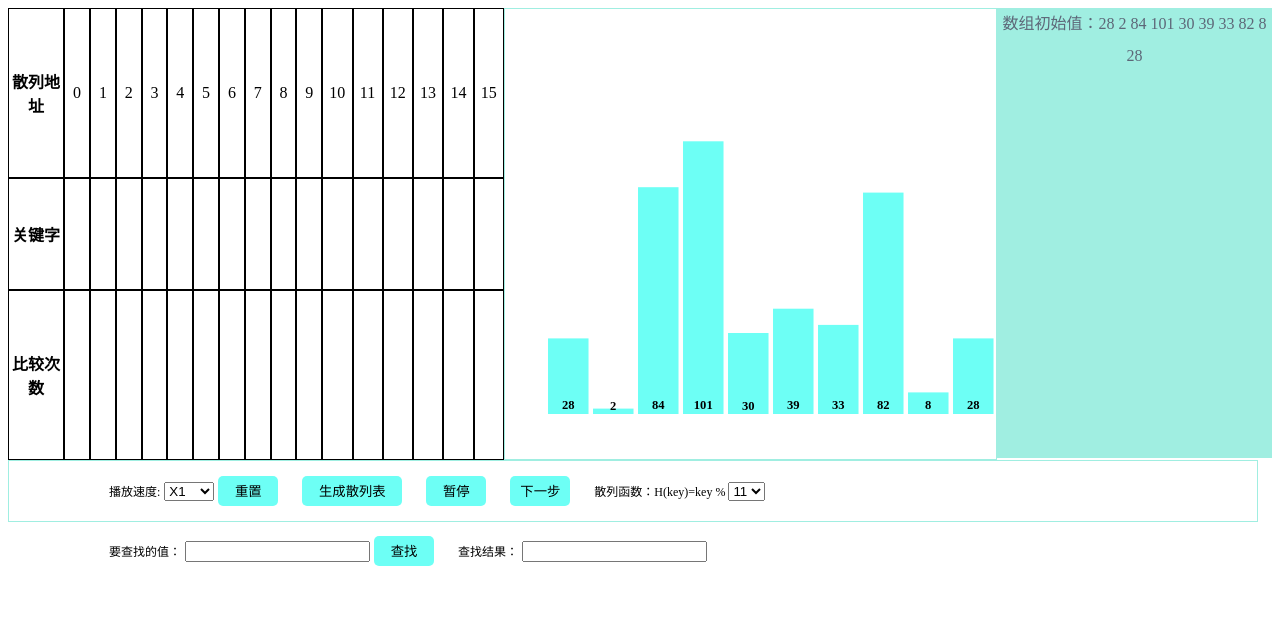
Repository: aaa615/Visualization-of-data-structure-algorithms
Page: dataStructure/WebContent/animation/search/hashSearch/hashSearch.html
An editor plug-in stored every save of this project. The page is shown before and after the next save, followed by the edit.
The browser window is 1280 px wide. The pictures show the whole page.

Above is the page before, as saved 2021-05-20 04:32:54.

### dataStructure/WebContent/animation/search/hashSearch/hashSearch.html
<!DOCTYPE html>
<html lang="en">
<head>
    <meta charset="UTF-8">
    <title>散列表查找</title>
    <link rel="stylesheet" type="text/css" href="hashSearch.css" charset="utf-8">

    <script type="text/javascript" src="hashSearch.js"></script>
</head>
<body>
<div id="canvas_div">
    <table id="hash_table" cellspacing="0">
        <tr align="center" valign="center">
            <th width="100px" style="border: black solid 1px">散列地址</th>
            <td>0</td>
            <td>1</td>
            <td>2</td>
            <td>3</td>
            <td>4</td>
            <td>5</td>
            <td>6</td>
            <td>7</td>
            <td>8</td>
            <td>9</td>
            <td>10</td>
            <td>11</td>
            <td>12</td>
            <td>13</td>
            <td>14</td>
            <td>15</td>
        </tr>
        <tr align="center" valign="center">
            <th width="100px" style="border: black solid 1px">关键字</th>
            <td></td>
            <td></td>
            <td></td>
            <td></td>
            <td></td>
            <td></td>
            <td></td>
            <td></td>
            <td></td>
            <td></td>
            <td></td>
            <td></td>
            <td></td>
            <td></td>
            <td></td>
            <td></td>
        </tr>
        <tr align="center" valign="center">
            <th width="100px" style="border: black solid 1px">比较次数</th>
            <td></td>
            <td></td>
            <td></td>
            <td></td>
            <td></td>
            <td></td>
            <td></td>
            <td></td>
            <td></td>
            <td></td>
            <td></td>
            <td></td>
            <td></td>
            <td></td>
            <td></td>
            <td></td>
        </tr>
    </table>
    <svg id="canvas_svg" xmlns="http://www.w3.org/2000/svg" viewBox="0 0 500 500" onload="createRect()"></svg>
    <div class="express_window" id="express_window_id"></div>
</div>
<div id="player_div">
    <label>播放速度:</label>
    <select id="playSpeed_id" class="playSpeed_class" onclick="getPlaySpeed()">
        <option value="2">X2</option>
        <option value="1.5">X1.5</option>
        <option value="1" selected>X1</option>
        <option value="0.5">X0.5</option>
    </select>
    <input type="button" value="重置" class="player_input" onclick="reset()">
    <input type="button" value="生成散列表" class="player_input" style="width: 100px" onclick="createHashTable()">
    <input type="button" value="暂停" class="player_input" onclick="pause()">
    <input type="button" value="下一步" class="player_input" onclick="nextStep()">
    <label>散列函数：H(key)=key % </label>
    <select id="hash_function" class="playSpeed_class" onclick="getM()">
        <option value="3">3</option>
        <option value="11" selected>11</option>
        <option value="13">13</option>
    </select>
    <br/>

    <label>要查找的值：</label>
    <input type="text" id="search_num" class="player_text">
    <input type="button" value="查找" class="player_input" onclick="search()">
    <label>查找结果：</label>
    <input type="text" id="Search_result" class="player_text" readonly="true">

</div>

</body>
</html>

### dataStructure/WebContent/animation/search/hashSearch/hashSearch.css
@charset "UTF-8";
#canvas_div{
    position: relative;
    display: flex;
    display:-webkit-flex;
    justify-content: left;
}

.hash_table{
    display: inline-block;
    height: 100px;
}

td{
    height: 30px;
    width: 40px;
    border: black solid 1px;
}

#canvas_svg{
    width: 800px;
    height: 450px;
    border: 1px solid rgba(160,238,225,1);
    font: bold 14px "Microsoft YaHei UI";
    text-align: center;
    text-anchor: middle;
}

.express_window{
	position:relative;
    width: calc(100% - 800px - 1rem);
    height: 450px;
    overflow: auto;
    background-color: rgba(160,238,225,1);
    text-align: center;
}

.algoTitle{
	height:50px;
	font: 24px "Microsoft YaHei UI";
	line-height:50px
}

#express_window_id{
	font: 16px "Microsoft YaHei UI";
    color: #5d6778;
    line-height: 32px;
}

#player_div{
    width: calc(100% - 100px - 1rem);
    height: 60px;
    border: 1px solid rgba(160,238,225,1);
    padding-left: 100px;
    text-align: left;
    line-height: 60px;
}

.player_input{
    width: 60px;
    height: 30px;
    color: black;
    margin-right: 20px;
    border-color: cornsilk;
    background-color: rgba(109,255,245);
    color: black;
    border-style: hidden;
    border-radius: 5px;
}

#player_div label {
    font: 12px "Microsoft YaHei UI";
}

### dataStructure/WebContent/animation/search/hashSearch/hashSearch.js
/**
 *
 */
//舞台的高
var maxH=450;
//矩形的宽
var w = 45;
//矩形间隔
var space = 5;
//g标签的初始x坐标
var gX = 25;
//播放速度
var playSpeed=1200;
//矩形数值
var rectArray=[];
//记录每一轮数组细节
var arrStr="";
//计时器
var timer=[];
//
var currentStep=0;
//前一个矩形
var previousRect=-1;
//
var m=11;


//全局变量，获取g和rect标签
var txt=document.getElementsByClassName("player_text");
var oRect=document.getElementsByClassName("g_rect");
//获取playSpeed
function getPlaySpeed(){
    var oSelect=document.getElementsByClassName("playSpeed_class");
    playSpeed=1200*(1/oSelect[0].value);
    console.log(playSpeed);
}

function getM(){
    var oSelect=document.getElementsByClassName("playSpeed_class");
    m=oSelect[1].value;
    console.log(m);
}

//分步生成散列表
function nextStep(){
    if(previousRect!=-1){
        oRect[previousRect].setAttribute("style","fill:#6dfff5");
    }

    if(currentStep<10){
        oRect[currentStep].setAttribute("style","fill:greenyellow");
        previousRect=currentStep;

        let hash_tr=document.getElementById("hash_table").getElementsByTagName("tr");

        let index=rectArray[currentStep]%m;

        //记录查找细节
        var expressionField=document.getElementById("express_window_id");
        arrStr+="\n"+rectArray[currentStep]+" % "+m+" = "+index;


        console.log(index);

        // console.log("inner:"+hash_tr[1].getElementsByTagName("td")[index].innerText);
        //查找次数
        let count=1;
        if(hash_tr[1].getElementsByTagName("td")[index].innerText==""){
            hash_tr[1].getElementsByTagName("td")[index].innerText=rectArray[currentStep];
            hash_tr[2].getElementsByTagName("td")[index].innerText=count;
        }else{
            let i=index;
            while(hash_tr[1].getElementsByTagName("td")[i].innerText!=""){
                i=(i+1)%16;
                arrStr+="地址冲突，加一："+i+";";
                count++;
            }
            // console.log("i"+i);
            hash_tr[1].getElementsByTagName("td")[i].innerText=rectArray[currentStep];
            hash_tr[2].getElementsByTagName("td")[i].innerText=count;
        }
        expressionField.innerText=arrStr;
        currentStep++;
        return false;
    }else{
        return true;
    }

}

//生成散列表
function createHashTable(){
    timer[0]=setInterval(function () {
        if(nextStep()){
            clearInterval(timer[0]);
        }
    },playSpeed*2);
}

//随机生成有序的rect
function createRect() {
    var svgDoc=document.getElementById("canvas_svg");
    //获取流程描述窗口
    var expressionField=document.getElementById("express_window_id");
    arrStr="数组初始值：";

    //随机生成10个矩形的高（1~100）
    for (var i = 0; i < 10; ++i) {
        rectArray[i] = Math.ceil(Math.random() * 100) + 1;
        var h=rectArray[i]*3;
        //生成g标签
        var og=document.createElementNS("http://www.w3.org/2000/svg", "g");
        og.setAttribute("transform", "translate(" + gX + "," + (maxH - h) + ")");
        og.setAttribute("height", h + "px");
        og.setAttribute("class","svg_g");

        svgDoc.appendChild(og);

        //生成矩形
        var orect = document.createElementNS("http://www.w3.org/2000/svg", "rect");
        orect.setAttribute("width", w + "px");
        orect.setAttribute("height", h + "px");
        orect.setAttribute("fill", "#6dfff5");
        orect.setAttribute("class", "g_rect");
        og.appendChild(orect);

        //生成text
        var oTxt = document.createElementNS("http://www.w3.org/2000/svg", "text");
        oTxt.setAttribute("width", w + "px");
        oTxt.setAttribute("x", (w / 2) + "px");
        oTxt.setAttribute("y", h + "px");
        oTxt.setAttribute("dy", "-5px");
        oTxt.setAttribute("fill", "black");
        oTxt.textContent = h/3 + "";
        og.appendChild(oTxt);

        //下一个矩形的初始位置
        gX += w + space;

        arrStr+=h/3+" ";
    }
    expressionField.innerText=arrStr;
}


//查找
function search() {
    let search_num=parseInt(document.getElementById("search_num").value);
    let hash_tr=document.getElementById("hash_table").getElementsByTagName("tr");

    let address=search_num%m;

    console.log(parseInt(hash_tr[1].getElementsByTagName("td")[address].innerText));

    if(parseInt(hash_tr[1].getElementsByTagName("td")[address].innerText)==search_num){
        document.getElementById("Search_result").value="查找成功！";
        return true;
    }else{
        let i=(address+1)%16;
        while(i!=address){
            if(parseInt(hash_tr[1].getElementsByTagName("td")[address].innerText)==search_num){
                document.getElementById("Search_result").value="查找成功！";
                return true;
            }else{
                i=(i+1)%16;
            }
        }
    }
    document.getElementById("Search_result").value="查找失败！";
    return false;

}

//自动播放
function autoPlay() {
    timer[0]=setInterval(function () {
        nextStep();
    },playSpeed*2);
}

//暂停
function pause() {
    clearInterval(timer[0]);
    clearTimeout(timer[1]);
}

//重置
function reset() {
    pause();

    //删除矩形
    for(var i=0;i<rectArray.length;++i){
        removerRect();
    }
    //初始化相关变量
    for(var i=0;i<rectArray.length;++i){
        rectArray[i]=0;
    }
    gX=25;
    frontFrom=-1;
    txt[0].value="";
    txt[1].value="";
    count=1;
    //重新加载
    load();
}

//删除矩形
function removerRect(){
    var svgDoc=document.getElementById("canvas_svg");
    var og=svgDoc.firstChild;
    svgDoc.removeChild(og);
}

After the next save:
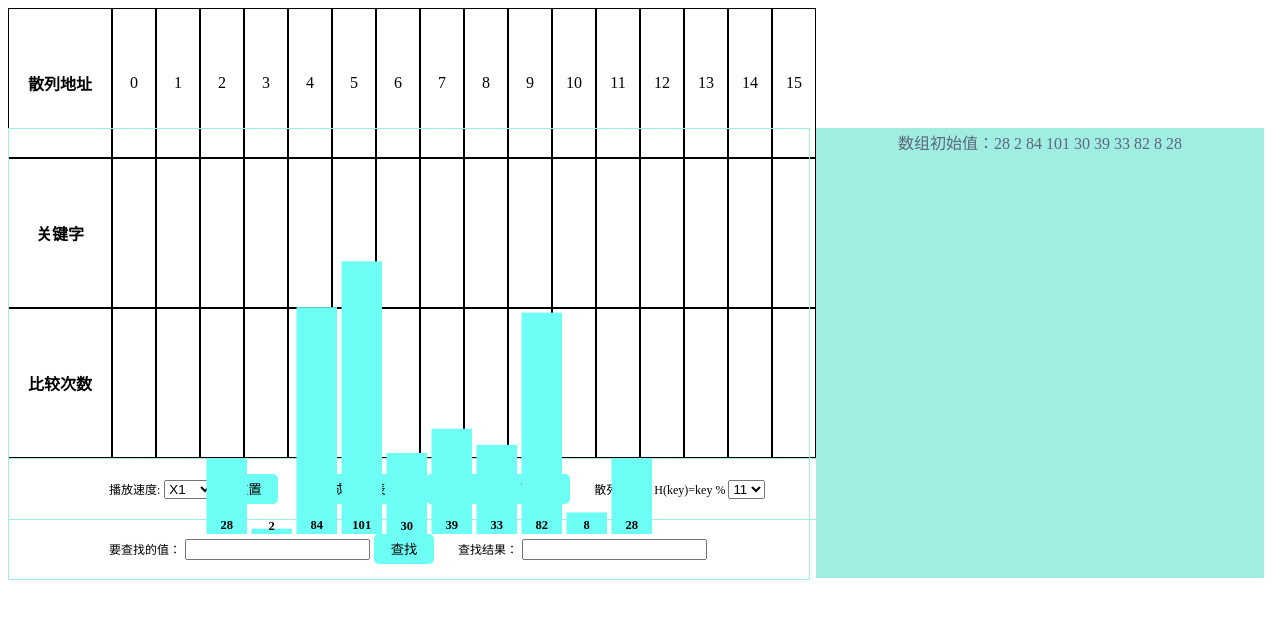
Saved 68 s later.
--- a/dataStructure/WebContent/animation/search/hashSearch/hashSearch.css
+++ b/dataStructure/WebContent/animation/search/hashSearch/hashSearch.css
@@ -18,6 +18,8 @@ td{
 }
 
 #canvas_svg{
+	position:absolute;
+	top:120px;
     width: 800px;
     height: 450px;
     border: 1px solid rgba(160,238,225,1);
@@ -28,6 +30,7 @@ td{
 
 .express_window{
 	position:relative;
+	top:120px;
     width: calc(100% - 800px - 1rem);
     height: 450px;
     overflow: auto;
